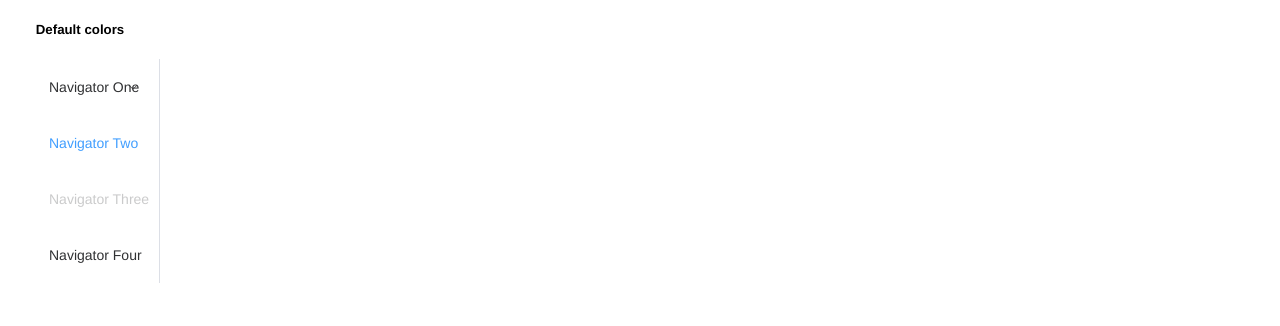
Repository: songlin-q/EducationalAdministrationSysTem
Page: /Reedit (app in EducationalAdministrationSystemUI/educationsystem/)
An editor plug-in stored every save of this project. The page is shown before and after a run of saves, followed by the edit.
The browser window is 1280 px wide. The pictures show the whole page.
The project was rebuilt for these pictures with package versions that can differ from the ones it lists, and the page was loaded fresh each time. Also part of the build but not shown: EducationalAdministrationSystemUI/educationsystem/vue.config.js, EducationalAdministrationSystemUI/educationsystem/src/components/HelloWorld.vue, EducationalAdministrationSystemUI/educationsystem/src/components/Identity/IdentityCode.vue, EducationalAdministrationSystemUI/educationsystem/src/components/Identity/IdentityCode2.vue, EducationalAdministrationSystemUI/educationsystem/src/components/MainOne.vue.

Above is the page before, as saved 2022-05-24 11:34:31.

### EducationalAdministrationSystemUI/educationsystem/src/main.js

import { createApp } from 'vue'
import ElementPlus from 'element-plus'
import 'element-plus/dist/index.css'

import App from './App.vue'
import './assets/css/global.css'//引入全局样式表
import Router from './router/index'

// axios.defaults.baseURL="http://localhost:5072/";//基本路径

var app=createApp(App);
// app.config.globalProperties.$http=axios
app.use(ElementPlus);
app.use(Router);

app.mount('#app')

### EducationalAdministrationSystemUI/educationsystem/src/App.vue
<template>
  <router-view></router-view>
</template>

<script>
export default {
  name: "App",
};
</script>

<style>
#app {
  font-family: Avenir, Helvetica, Arial, sans-serif;
  -webkit-font-smoothing: antialiased;
  -moz-osx-font-smoothing: grayscale;
  text-align: center;
  color: #2c3e50;
  margin-top: 60px;
}
</style>

### EducationalAdministrationSystemUI/educationsystem/src/assets/css/global.css
/* 全局样式表 */
html,
body,
#app {
    height: 100%;
    margin: 0;
    padding: 0;
    color: black;
}

### EducationalAdministrationSystemUI/educationsystem/src/router/index.js
import { createWebHistory, createRouter,RootRecordRaw } from 'vue-router'//导入路由
import HelloWorld from '../components/HelloWorld.vue'
import MainInfo from '../components/MainInfo.vue'
import LoginInfo from '../components/LoginInfo.vue'
import MainOne from '../components/MainOne.vue'
//定义路由
const routes = [{
    path: '/',//组件一，path和component可以乱写，
                       //只要保持path与前面to，component和import两处相同即可
    component: LoginInfo,
    name:LoginInfo


},
{
    path: '/Reedit',//组件一，path和component可以乱写，
                       //只要保持path与前面to，component和import两处相同即可
    component: MainInfo,
    name:MainInfo,

},
{
    path: '/HelloWorld',//组件一，path和component可以乱写，
                       //只要保持path与前面to，component和import两处相同即可
    component: HelloWorld,
    name:HelloWorld,

},
{
    path: '/MainOne',//组件一，path和component可以乱写，
                       //只要保持path与前面to，component和import两处相同即可
    component: MainOne,
    name:MainOne,

},
{
    path: '/MainInfo',//组件一，path和component可以乱写，
                       //只要保持path与前面to，component和import两处相同即可
    component: MainInfo,
    name:MainInfo,

}
]
const router = createRouter({
    history: createWebHistory(),
    routes
  })

  export default router

### EducationalAdministrationSystemUI/educationsystem/src/components/MainInfo.vue
<template>
  <el-row class="tac">
    <el-col :span="3">
      <h5 class="mb-2">Default colors</h5>
      <el-menu
        default-active="2"
        class="el-menu-vertical-demo"
        @open="handleOpen"
        @close="handleClose"
      >
        <el-sub-menu index="1">
          <template #title>
            <el-icon><location /></el-icon>
            <span>Navigator One</span>
          </template>
          <el-menu-item-group title="Group One">
            <el-menu-item index="1-1">item one</el-menu-item>
            <el-menu-item index="1-2">item one</el-menu-item>
          </el-menu-item-group>
          <el-menu-item-group title="Group Two">
            <el-menu-item index="1-3">item three</el-menu-item>
          </el-menu-item-group>
          <el-sub-menu index="1-4">
            <template #title>item four</template>
            <el-menu-item index="1-4-1">item one</el-menu-item>
          </el-sub-menu>
        </el-sub-menu>
        <el-menu-item index="2">
          <el-icon><icon-menu /></el-icon>
          <span>Navigator Two</span>
        </el-menu-item>
        <el-menu-item index="3" disabled>
          <el-icon><document /></el-icon>
          <span>Navigator Three</span>
        </el-menu-item>
        <el-menu-item index="4">
          <el-icon><setting /></el-icon>
          <span>Navigator Four</span>
        </el-menu-item>
      </el-menu>
    </el-col>
  </el-row>
</template>
<script>
import {
  Document,
  Menu as IconMenu,
  Location,
  Setting,
} from "@element-plus/icons-vue";
import { GetJwtStr } from "../api/api";
export default {
  data() {
    return {
      values: "",
    };
  },
  methods: {
    requestHttp() {
      GetJwtStr().then((res) => {
        alert(res.data);
      });
    },
  },
};
</script>

### EducationalAdministrationSystemUI/educationsystem/src/components/LoginInfo.vue
<template>
  <div style="width: 100%; height: 100%" id="bcdiv">
    <el-row
      class="row-bg"
      justify="space-evenly"
      align="middle"
      style="height: 100%"
    >
      <el-col :span="8"
        ><div class="grid-content bg-purple">
          <el-row style="width: 100%" justify="space-evenly">
            <h1>教务管理后台系统</h1>
          </el-row>
          <!-- 头像显示 -->
          <el-row>
            <el-col justify="space-evenly" style="width: 100%">
              <div class="demo-basic--circle">
                <div class="block">
                  <el-avatar :size="200" :src="circleUrl" />
                </div>
              </div>
            </el-col>
          </el-row>
          <!-- 用户名、密码输入框 -->
          <el-row style="width: 100%" justify="space-evenly">
            <el-form>
              <el-form-item label="用户名" class="colors">
                <el-input v-model="longname" placeholder="Please input" />
              </el-form-item>
              <el-form-item label="密&nbsp;&nbsp;&nbsp;&nbsp;码" class="colors">
                <el-input
                  v-model="password"
                  placeholder="Please input"
                  show-password
                />
              </el-form-item>
              <el-form-item label="验证码" class="colors">
                <el-input v-model="code" placeholder="请输入验证码" />
                <span @click.stop="refreshCode" style="cursor: pointer">
                  <s-identify :identifyCode="identifyCode"></s-identify>
                </span>
              </el-form-item>
              <!-- 按钮 -->
              <el-form-item>
                <el-button type="primary" @click="login">登录</el-button>

                <el-button @click="cancel">取消</el-button>
              </el-form-item>
              <el-form-item>
                如果你还没有账号请先<a href="#" @click="dialogVisible = true"
                  >注册</a
                >
              </el-form-item>
            </el-form>
          </el-row>

          <!-- <router-link to="/Reedit">首页</router-link>
          <router-view></router-view> -->
        </div></el-col
      >
    </el-row>
    <el-dialog
      v-model="dialogVisible"
      title="注册"
      width="30%"
      :before-close="handleClose"
    >
      <span>
        <el-form :model="userInfo">
          <el-form-item label="用户名" class="colors">
            <el-input v-model="userInfo.username" placeholder="Please input" />
          </el-form-item>
          <el-form-item label="密&nbsp;&nbsp;&nbsp;&nbsp;码" class="colors">
            <el-input
              v-model="userInfo.userPassword"
              placeholder="Please input"
              show-password
            />
          </el-form-item>
          <el-form-item label="邮&nbsp;&nbsp;&nbsp;&nbsp;箱" class="colors">
            <el-input v-model="userInfo.userEmail" placeholder="Please input" />
          </el-form-item>
          <el-form-item label="手机号" class="colors">
            <el-input v-model="userInfo.userTel" placeholder="Please input" />
          </el-form-item>
          <el-form-item label="验证码" class="colors">
            <el-input v-model="userInfo.userCode" placeholder="请输入验证码" />
            <span @click.stop="refreshCode2" style="cursor: pointer">
              <SIdentify2 :identifyCode="regeditidentifyCode"></SIdentify2>
            </span>
          </el-form-item>
        </el-form>
      </span>
      <template #footer>
        <span class="dialog-footer">
          <el-button @click="dialogVisible = false">取消</el-button>
          <el-button type="primary" @click="regeditsFun">注册</el-button>
        </span>
      </template>
    </el-dialog>
  </div>
</template>
<script>
import logoUrl from "../assets/Head.jpg";
import { ref } from "vue";

//这里验证码的组件使用的最笨的方法，后续优化的话可以只使用一个组件，将ID传入到父组件中就可以了
import SIdentify from "../components/Identity/IdentityCode.vue";
import SIdentify2 from "../components/Identity/IdentityCode2.vue";

export default {
  data() {
    return {
      longname: "张三",
      password: "123456",
      email: "442534979@qq.com",
      code: "",
      regeditcode: "",
      circleUrl: logoUrl,
      phone: "15356479454",
      dialogVisible: ref(false), //弹出层的使用
      // 图片验证码
      identifyCode: "8Hy0", //默认值
      regeditidentifyCode: "u8y7", //注册验证码
      // 验证码规则
      identifyCodes: "3456789ABCDEFGHGKMNPQRSTUVWXY",
      //创建一个用户类
      userInfo: {
        username: "李四",
        userTel: "18737890098",
        userEmail: "18737890098@q63.com",
        userCode: "",
        userPassword: "lisi",
      },
    };
  },
  components: {
    SIdentify,
    SIdentify2,
  },
  methods: {
    //登录方法
    login() {
      if (this.identifyCode.toLowerCase() == this.code.toLowerCase()) {
        //使用路由进行页面跳转
        this.$router.push({
          path: "/MainInfo",
        });
      } else {
        alert("你输入的验证码不正确!");
      }
    },
    //取消方法
    cancel() {
      alert("你已经取消登录!");
    },
    // 切换验证码
    refreshCode() {
      this.identifyCode = "";

      this.makeCode(this.identifyCodes, 4);
    },
    refreshCode2() {
      this.regeditidentifyCode = "";

      this.makeCode2(this.identifyCodes, 4);
    },
    // 生成随机验证码
    makeCode(o, l) {
      for (let i = 0; i < l; i++) {
        this.identifyCode +=
          this.identifyCodes[
            Math.floor(Math.random() * (this.identifyCodes.length - 0) + 0)
          ];
      }
    },
    makeCode2(o, l) {
      for (let i = 0; i < l; i++) {
        this.regeditidentifyCode +=
          this.identifyCodes[
            Math.floor(Math.random() * (this.identifyCodes.length - 0) + 0)
          ];
      }
    },

    //注册方法
    regeditsFun() {
      alert("你已经在注册了");
      this.dialogVisible = false;
    },
  },
};
</script>
<style>
#bcdiv {
  /* background-image: url(../assets/background.jpeg); */
  width: 100%;
  height: 100%;
  position: fixed;
  background-size: 100% 100%;
}
#LoginMainDiv {
  width: 30%;
  height: 50%;
  background-color: aqua;
}
.colors .el-form-item__label {
  color: black;
}
.demo-basic {
  text-align: center;
}
.el-row {
  margin-bottom: 1.25rem;
}
.el-row:last-child {
  margin-bottom: 0;
}
.el-col {
  border-radius: 0.25rem;
  /* background-color: antiquewhite; */
}

.bg-purple {
  height: 34.375rem;
}
.grid-content {
  border-radius: 0.25rem;
  min-height: 2.25rem;
}
</style>

### EducationalAdministrationSystemUI/educationsystem/src/api/api.js

import {doPost,doGet} from './commonRequest'

export function GetJwtStr(query) {
    return doPost('/api/Login/GetTokenInfo', query)
}

### EducationalAdministrationSystemUI/educationsystem/src/api/commonRequest.js
//公共模板方法
import request from '../utils/request'

export function doPost(url, data) {
    return request({
      url: url,
      method: 'post',
      data
    })
  }
  export function doGet(url, params) {
    return request({
      url: url,
      method: 'get',
      params
    })
  }
  // 导出Excel公用方法
export function exportMethod(url, data, filename) {
    return request({
        method: 'post',
        url: url,
        data,
        responseType: 'blob'
    }).then((res) => {
      console.log('文件开始处理')
      console.log(res)

        const link = document.createElement('a')
        const blob = new Blob([res], { type: 'application/vnd.openxmlformats-officedocument.spreadsheetml.sheet' })// { type: 'application/vnd.ms-excel' })
        link.style.display = 'none'
        link.href = URL.createObjectURL(blob)

        // link.download = res.headers['content-disposition'] //下载后文件名
        link.download = filename // 下载的文件名
        document.body.appendChild(link)
        link.click()
        document.body.removeChild(link)
    }).catch(error => {
        this.$Notice.error({
            title: '错误',
            desc: '网络连接错误'
        })
        console.log(error)
    })
  }

### EducationalAdministrationSystemUI/educationsystem/src/utils/request.js
import axios from 'axios'


// 配置访问后台接口地址
const service = axios.create({
    baseURL: "http://localhost:5072/",
    // withCredentials: true, // send cookies when cross-domain requests
    timeout: 60000 // request timeout
})

// request interceptor
export default service

Loaded but not shown: EducationalAdministrationSystemUI/educationsystem/public/index.html (common file)

After the next 2 saves:
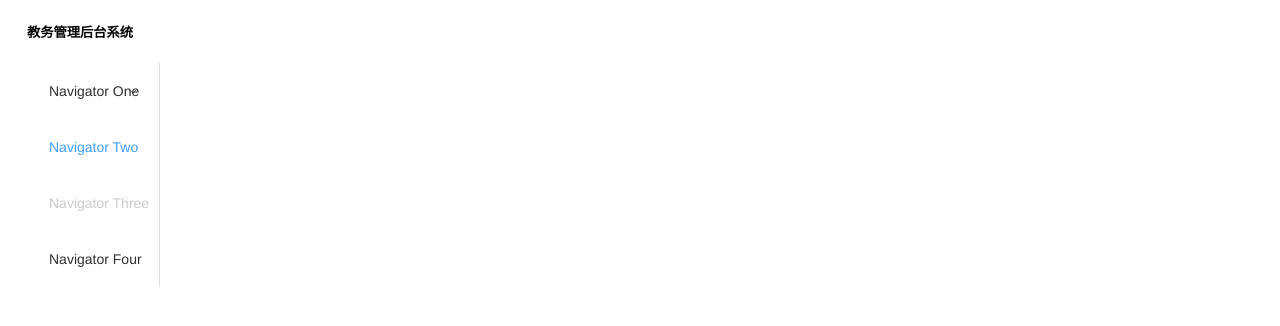
The 2 saves are shown as one change because they came seconds apart.
The last was saved 19 s later.
--- a/EducationalAdministrationSystemUI/educationsystem/src/components/MainInfo.vue
+++ b/EducationalAdministrationSystemUI/educationsystem/src/components/MainInfo.vue
@@ -1,7 +1,7 @@
 <template>
   <el-row class="tac">
     <el-col :span="3">
-      <h5 class="mb-2">Default colors</h5>
+      <h5 class="mb-2">教务管理后台系统</h5>
       <el-menu
         default-active="2"
         class="el-menu-vertical-demo"
